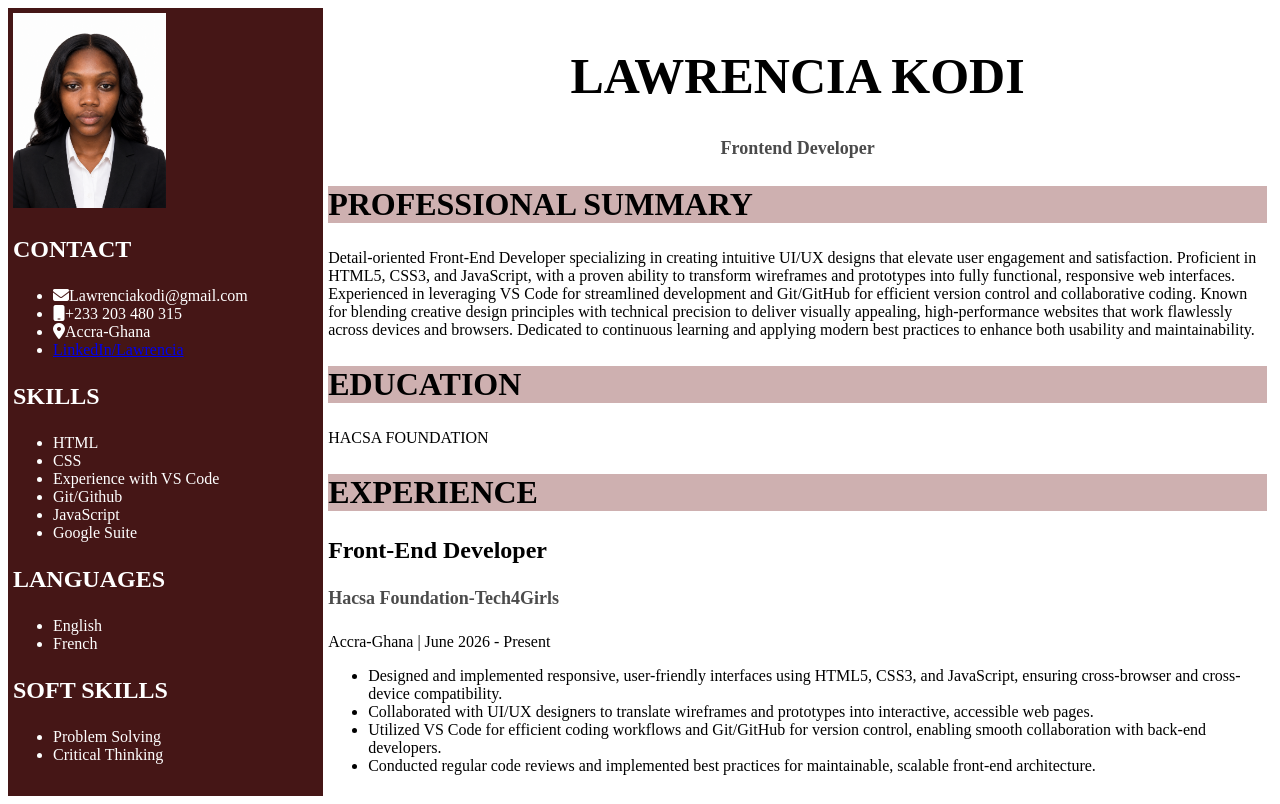
Repository: lawrencia-coder/T4G_CV
Page: index.html
An editor plug-in stored every save of this project. The page is shown before and after the next save, followed by the edit.
The browser window is 1280 px wide. The pictures show the whole page.
Some icons come from a web library that is not loaded, so they are not drawn. Some web libraries are served in a nearby version.

Above is the page before, as saved 2026-07-15 08:05:58.

### index.html
<!DOCTYPE html>
<html lang="en">
<head>
    <meta charset="UTF-8">
    <meta name="viewport" content="width=device-width, initial-scale=1.0">
    <script src="https://kit.fontawesome.com/c72fc9c022.js" crossorigin="anonymous"></script>
    <title>T4G_CV</title>
    <link rel="stylesheet" href="style.css">
</head>
<body>
    <div class="cv-container">
        <div class="left-column">
            <img src="images/passport pic 1.png" alt="" width="50%" height="25%">
            <h3>CONTACT</h3>
             <p>
              <ul>
                <li><i class="fa-solid fa-envelope" style="color: rgb(255, 255, 255);"></i>Lawrenciakodi@gmail.com</li>
                <li><i class="fa-solid fa-mobile" style="color: rgb(255, 255, 255);"></i>+233 203 480 315</li>
                <li><i class="fa-solid fa-location-dot" style="color: rgb(255, 255, 255);"></i>Accra-Ghana</li>
                <li><i class="fa-brands fa-square-linkedin" style="color: rgb(255, 255, 255);"></i><a href="www.linkedin.com/in/lawrencia-kodi-192a71305" target="_blank" rel="noopener noreferrer">LinkedIn/Lawrencia</a></li>
              </ul>
             </p>

            <h3>SKILLS</h3>
             <p>
                <ul>
                    <li>HTML</li>
                    <li>CSS</li>
                    <li>Experience with VS Code</li>
                    <li>Git/Github</li>
                    <li>JavaScript</li>
                    <li>Google Suite</li>
                </ul>
             </p>

             <h3>LANGUAGES</h3>
             <p>
                <ul>
                    <li>English</li>
                    <li>French</li>
                </ul>
             </p>

             <h3>SOFT SKILLS</h3>
             <p>
                <ul>
                    <li>Problem Solving</li>
                    <li>Critical Thinking</li>

                </ul>
             </p>
        </div>
         <div class="right-column">
             <h1>LAWRENCIA KODI  </h1>
             <h4 style="text-align: center;">Frontend Developer</h4>
             <h2>PROFESSIONAL SUMMARY</h2>
              <p>Detail-oriented Front-End Developer specializing in creating intuitive UI/UX designs that elevate user engagement and satisfaction.
                 Proficient in HTML5, CSS3, and JavaScript, with a proven ability to transform wireframes and prototypes into fully functional, responsive web interfaces.
                 Experienced in leveraging VS Code for streamlined development and Git/GitHub for efficient version control and collaborative coding.
                 Known for blending creative design principles with technical precision to deliver visually appealing, high-performance websites that work flawlessly across devices and browsers.
                 Dedicated to continuous learning and applying modern best practices to enhance both usability and maintainability.
                </p>

                <h2>EDUCATION</h2>
                <p>HACSA FOUNDATION</p>


                <h2>EXPERIENCE</h2>
                <p>
                    <h3>Front-End Developer</h3>
                    <h4>Hacsa Foundation-Tech4Girls </h4>
                    <p2>Accra-Ghana   |   June 2026 - Present</p2>
                </p>
                 <p>
                    <ul>
                        <li>Designed and implemented responsive, user-friendly interfaces using HTML5, CSS3, and JavaScript, ensuring cross-browser and cross-device compatibility.</li>
                        <li>Collaborated with UI/UX designers to translate wireframes and prototypes into interactive, accessible web pages.</li>
                        <li>Utilized VS Code for efficient coding workflows and Git/GitHub for version control, enabling smooth collaboration with back-end developers.</li>
                        <li>Conducted regular code reviews and implemented best practices for maintainable, scalable front-end architecture.</li>
                    </ul>
                 </p>
         </div>
    </div>

</body>
</html>

### style.css
/* styling headings */
h1{
    text-align: center;
    font-size: 50px;
    margin-bottom: none;
}

h4{
    opacity: calc(70%);
    font-size: large;
}

h2{
    background-color: rgb(206, 176, 176);
    font-size: xx-large;
}

h3{
    font-size: x-large;
}

h5{
font-size: large;
opacity: 80%;
display: flex;
flex-direction: row;
}

h6{
align-self: flex-end;
}


/* styling cv-container */
.cv-container{
    display: flex;
    width: 100%;
    min-height: 100vh;
}

.left-column{
width: 26%;
background-color: rgb(69, 22, 22);
color: white;
padding: 5px;
}

.right-column{
    width: 80%;
    background-color: white;
    color: black;
    padding: 5px;
}

After the next save:
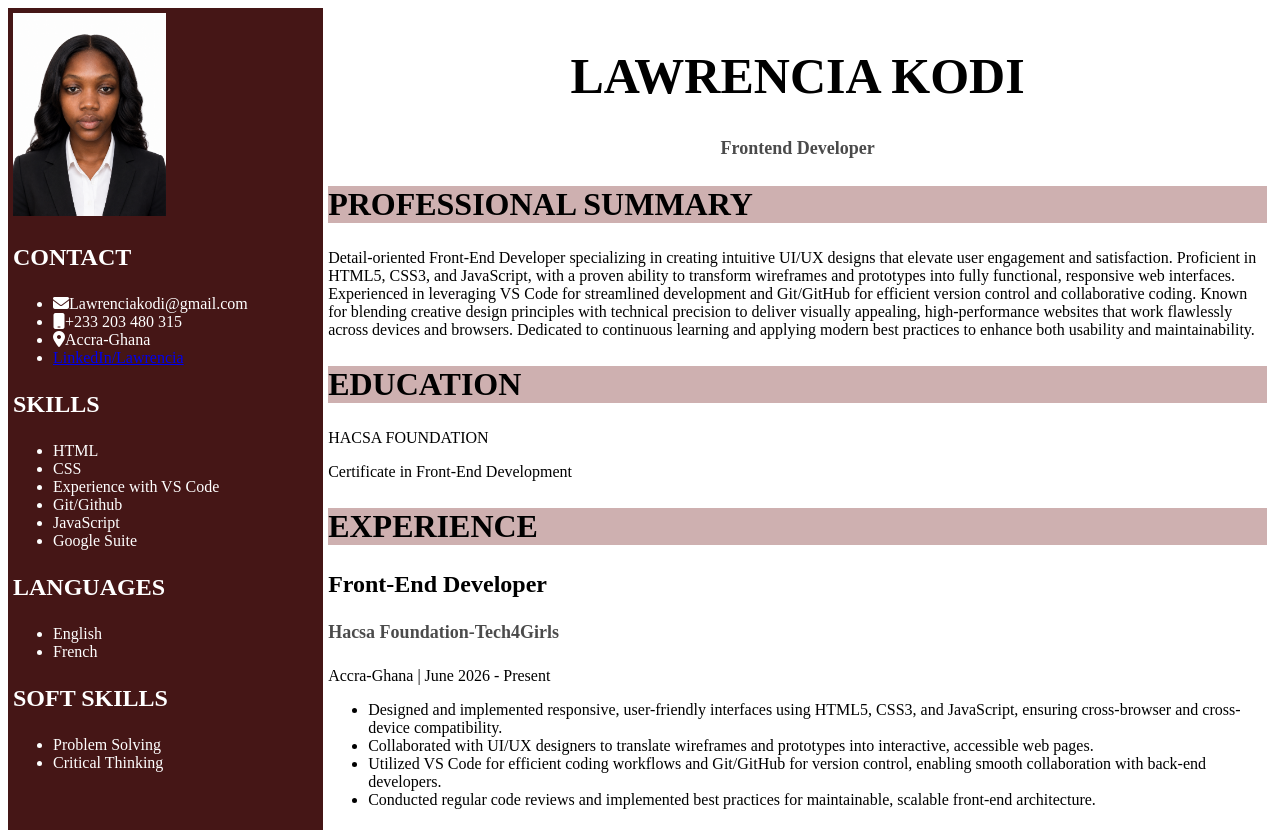
Saved 7 s later.
--- a/index.html
+++ b/index.html
@@ -63,7 +63,7 @@
 
                 <h2>EDUCATION</h2>
                 <p>HACSA FOUNDATION</p>
-
+                <p>Certificate in Front-End Development</p>
 
                 <h2>EXPERIENCE</h2>
                 <p>

After the save that followed:
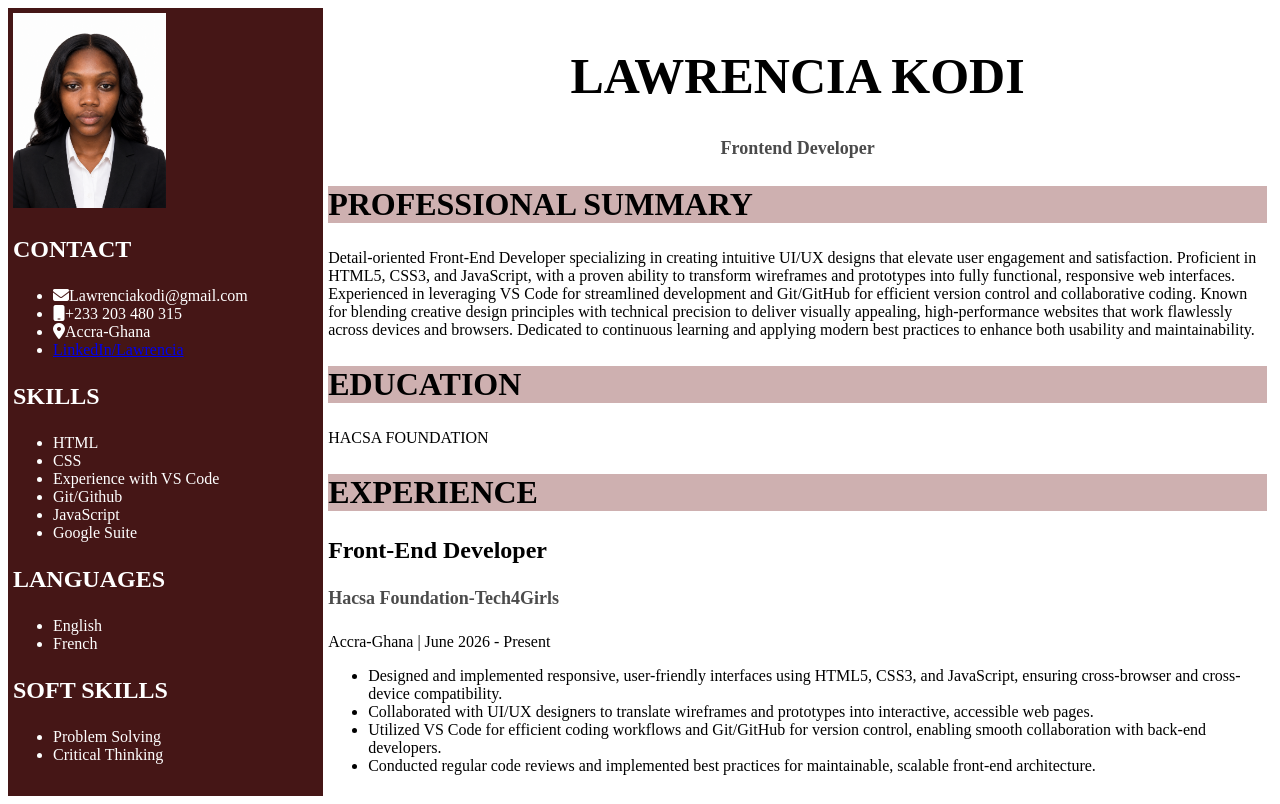
Saved 11 s later.
--- a/index.html
+++ b/index.html
@@ -63,7 +63,7 @@
 
                 <h2>EDUCATION</h2>
                 <p>HACSA FOUNDATION</p>
-                <p>Certificate in Front-End Development</p>
+
 
                 <h2>EXPERIENCE</h2>
                 <p>
